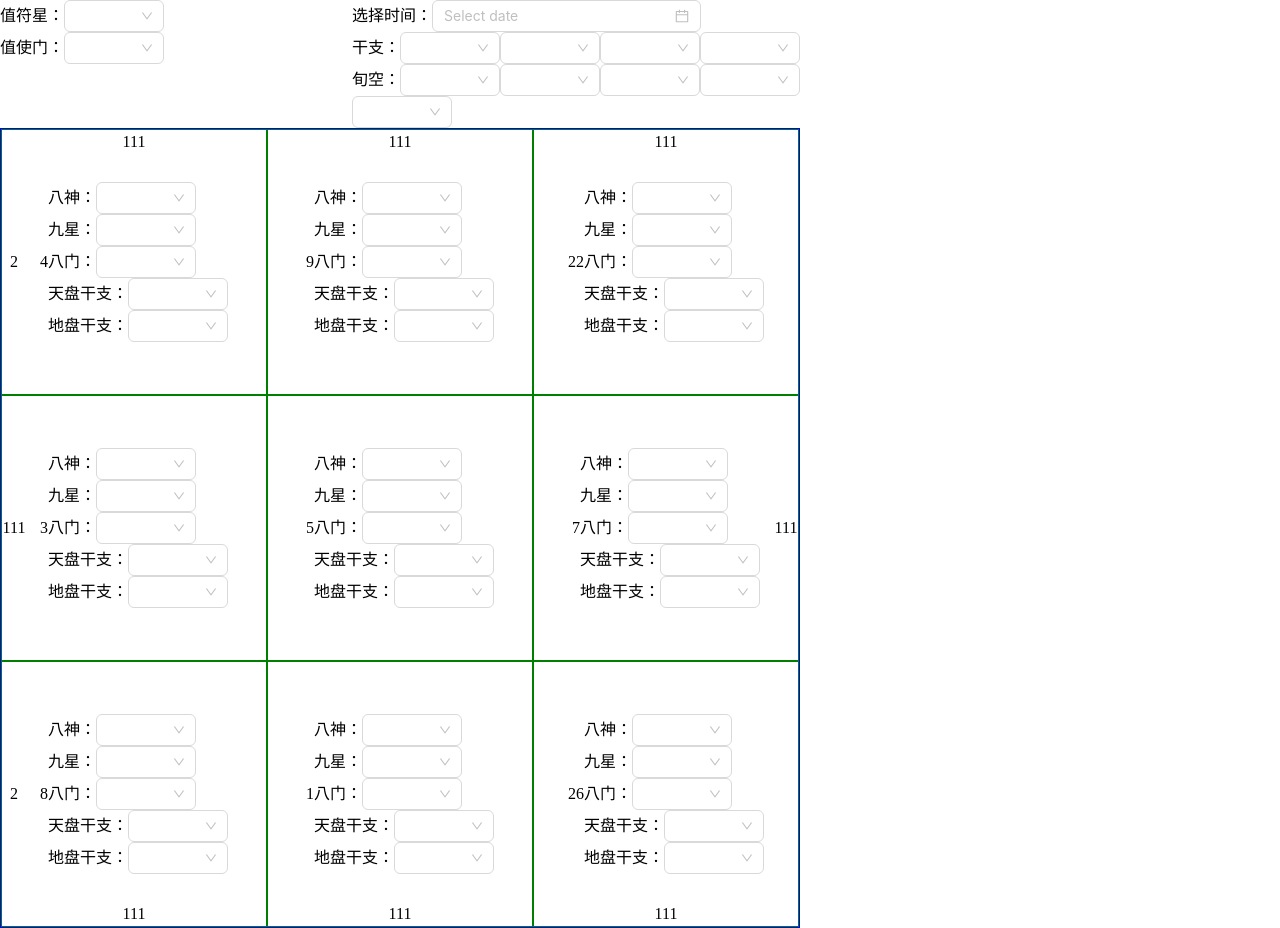
Repository: DaozhangChen/qiMen
Page: /
An editor plug-in stored every save of this project. The page is shown before and after the next save, followed by the edit.
The browser window is 1280 px wide. The pictures show the whole page.
The project was rebuilt for these pictures with package versions that can differ from the ones it lists, and the page was loaded fresh each time. Also part of the build but not shown: vite.config.js.

Above is the page before, as saved 2024-04-06 16:17:42.

After the next save:
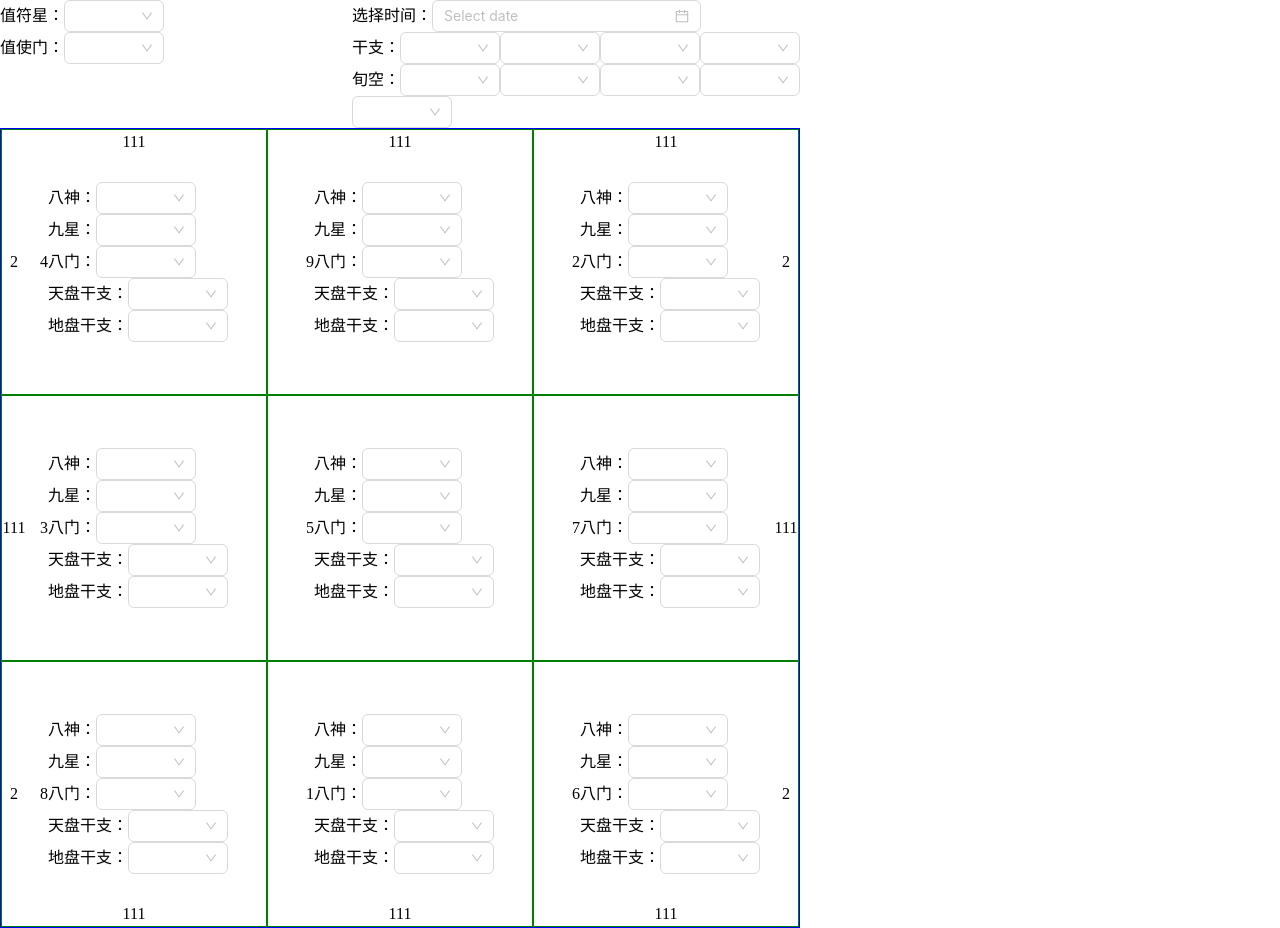
Saved 27 s later.
--- a/src/style/Sudoku.css
+++ b/src/style/Sudoku.css
@@ -34,7 +34,9 @@
     transform: translateX(-120px);
 }
 
-.downStem1-7 {
+.downStem1-7,
+.downStem2-2,
+.downStem2-6 {
     position: absolute;
     transform: translateX(120px);
 }
